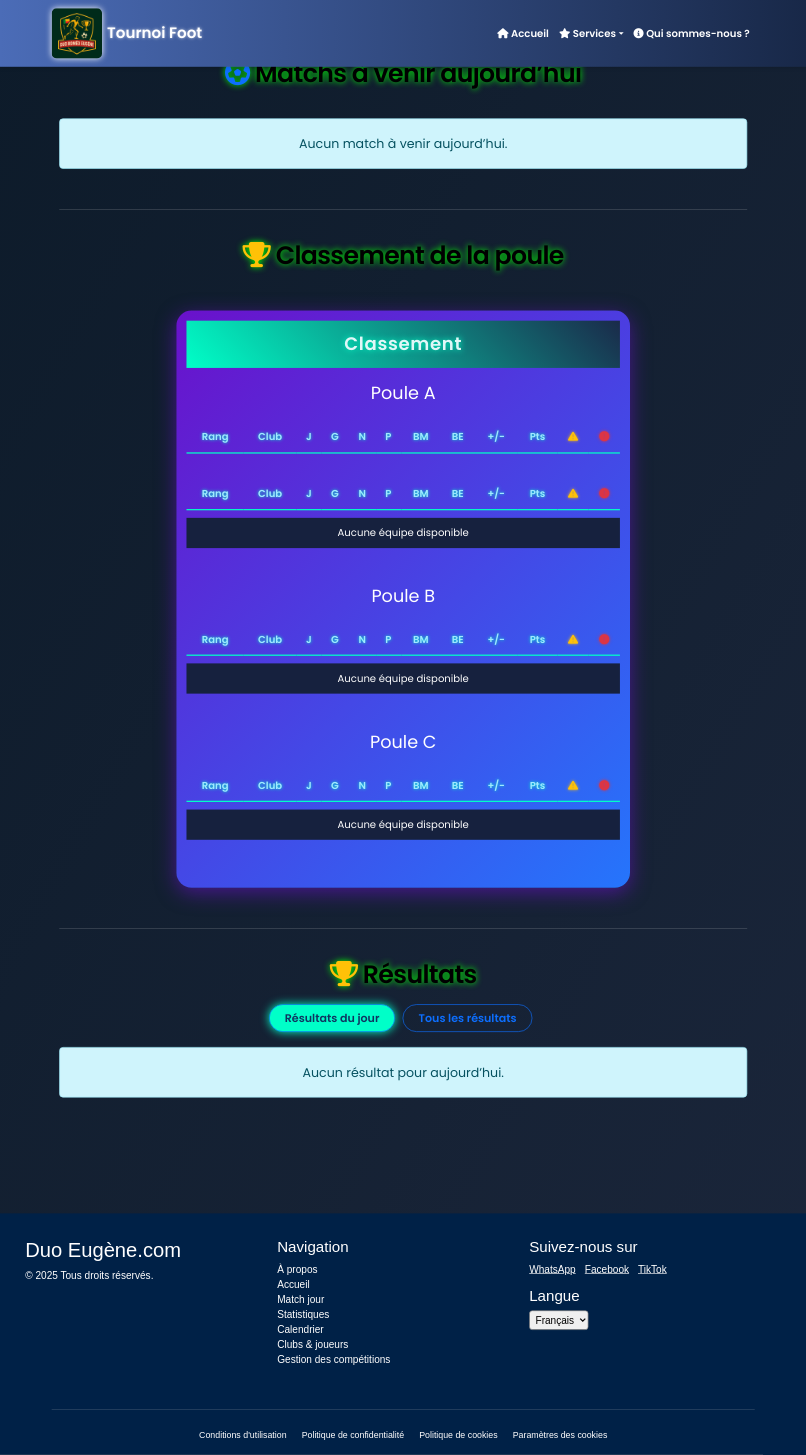
Repository: KILAYOSSI/tournoi_foot
Page: templates/pages/match_du_jour.html.twig
The author's editor kept a copy of each file at every save. The page is drawn from the files as they stood at one save, then again after the next save.
The browser window is 1280 px wide. The pictures show the whole page, at 63% of full size.
The page is a Twig template of a Symfony application; nobody is signed in and links lead nowhere. The template is opened directly, without the code that normally fills it, so the values that code supplies are empty.

Above is the page before, as saved 2025-06-27 03:38:04.

### templates/pages/match_du_jour.html.twig
{% extends 'base.html.twig' %}

{% block title %}Match du Jour{% endblock %}

{% block stylesheets %}
    {{ parent() }}
    <link href="https://cdn.jsdelivr.net/npm/bootstrap@5.3.0/dist/css/bootstrap.min.css" rel="stylesheet" />
    <link href="https://cdnjs.cloudflare.com/ajax/libs/font-awesome/6.4.0/css/all.min.css" rel="stylesheet" />
    <link href="https://fonts.googleapis.com/css?family=Poppins:400,600&display=swap" rel="stylesheet">
    <style>
        body {
            font-family: 'Poppins', 'Roboto', 'Inter', sans-serif;
            background: linear-gradient(120deg, #0d1b2a 0%, #1b263b 100%);
            color: #e0e0e0;
        }
        .section-title {
            font-size: 2.5rem;
            font-weight: 700;
            letter-spacing: -1px;
            margin-top: 20px;
            margin-bottom: 2rem;
            color: #000000;
            text-shadow: 0 0 10px #00ff00;
        }
        .match-card {
            background: linear-gradient(135deg, #16213e, #0f3460);
            border-radius: 1.5rem;
            box-shadow: 0 8px 32px rgba(0,255,255,0.3);
            transition: transform 0.3s ease, box-shadow 0.3s ease;
            padding: 1.5rem 2rem;
            margin-bottom: 2rem;
            position: relative;
            color: #d0f0ff;
        }
        .match-card:hover {
            transform: translateY(-10px) scale(1.05);
            box-shadow: 0 0 20px #0ff, 0 0 40px #0ff;
        }
        .team-logo {
            width: 60px;
            height: 60px;
            object-fit: contain;
            border-radius: 50%;
            background: #0f3460;
            box-shadow: 0 0 10px #0ff;
            transition: transform 0.3s ease;
        }
        .team-logo:hover {
            transform: scale(1.15) rotate(-10deg);
            box-shadow: 0 0 20px #0ff;
        }
        .team-name {
            font-size: 1.3rem;
            font-weight: 700;
            color: #a0e9ff;
            text-shadow: 0 0 5px #0ff;
        }
        .match-time {
            font-size: 1.5rem;
            font-weight: 700;
            color: #00ffc8;
            text-shadow: 0 0 10px #00ffc8;
        }
        .match-stadium {
            font-size: 1rem;
            color: #66fff9;
            margin-top: 0.5rem;
            text-shadow: 0 0 5px #00ffc8;
        }
        .vs-separator {
            font-size: 1.8rem;
            font-weight: 900;
            color: #00ffc8;
            text-shadow: 0 0 15px #00ffc8;
            margin: 0 1rem;
            user-select: none;
        }
        .classement-container {
            margin-top: 4rem;
            margin-bottom: 4rem;
        }
        .classement-card {
            background: linear-gradient(135deg, #6a11cb, #2575fc);
            border-radius: 1.5rem;
            box-shadow: 0 8px 32px rgba(106, 17, 203, 0.6);
            color: #ffffff;
            overflow: hidden;
            transition: box-shadow 0.3s ease;
        }
        .classement-card:hover {
            box-shadow: 0 0 30px #6a11cb;
        }
        .classement-header {
            background: linear-gradient(45deg, #00ffc8, #1a2a4a);
            padding: 1rem 0;
            text-align: center;
            font-weight: 700;
            font-size: 1.8rem;
            color: #e0f7f7;
            letter-spacing: 1px;
            text-shadow: 0 0 10px #00ffc8;
        }
        table.classement-table {
            width: 100%;
            border-collapse: separate;
            border-spacing: 0 0.75rem;
            font-size: 1rem;
        }
        table.classement-table thead th {
            color: #a0e9ff;
            font-weight: 700;
            padding: 0.75rem 0.5rem;
            text-align: center;
            border-bottom: 2px solid #00ffc8;
            text-shadow: 0 0 5px #00ffc8;
        }
        table.classement-table tbody tr {
            background: #16213e;
            border-radius: 0.75rem;
            transition: background-color 0.3s ease, transform 0.3s ease;
            cursor: pointer;
        }
        table.classement-table tbody tr:hover {
            background-color: #00ffc8;
            color: #0f3460;
            transform: scale(1.02);
            box-shadow: 0 0 15px #00ffc8;
        }
        table.classement-table tbody tr.qualifie {
            background-color: #008000 !important;
            color: #ffffff !important;
            font-weight: 700;
        }
        table.classement-table tbody tr.eliminee {
            background-color: #ff0000 !important;
            color: #ffffff !important;
            font-weight: 700;
        }
        table.classement-table tbody tr td {
            padding: 0.75rem 0.5rem;
            text-align: center;
            vertical-align: middle;
            color: inherit;
        }
        table.classement-table tbody tr td.club-cell {
            text-align: left;
            display: flex;
            align-items: center;
            gap: 0.75rem;
        }
        .club-logo {
            width: 36px;
            height: 36px;
            object-fit: contain;
            border-radius: 50%;
            background: #0f3460;
            box-shadow: 0 0 10px #00ffc8;
        }
        .icon-carton-jaune {
            color: #ffc107;
            font-weight: 700;
            text-shadow: 0 0 5px #ffc107;
        }
        .icon-carton-rouge {
            color: #dc3545;
            font-weight: 700;
            text-shadow: 0 0 5px #dc3545;
        }
        .filter-btns .btn {
            font-size: 1.1rem;
            font-weight: 600;
            border-radius: 2rem;
            padding: 0.5rem 1.5rem;
            margin-right: 0.5rem;
            transition: background 0.2s, color 0.2s;
            cursor: pointer;
        }
        .filter-btns .btn.active, .filter-btns .btn:focus {
            background: #00ffc8;
            color: #0f3460;
            box-shadow: 0 0 15px #00ffc8;
        }
        .fade-section {
            opacity: 0;
            pointer-events: none;
            transition: opacity 0.5s;
        }
        .fade-section.show {
            opacity: 1;
            pointer-events: auto;
        }
        .result-card {
            background: #16213e;
            border-radius: 1.5rem;
            box-shadow: 0 8px 32px rgba(0,255,255,0.3);
            color: #d0f0ff;
            padding: 1rem 1.5rem;
            margin-bottom: 1.5rem;
            transition: transform 0.3s ease, box-shadow 0.3s ease;
        }
        .result-card:hover {
            transform: translateY(-8px) scale(1.03);
            box-shadow: 0 0 20px #00ffc8;
        }
        .result-team {
            display: flex;
            align-items: center;
            gap: 0.75rem;
        }
        .result-team .team-logo {
            width: 40px;
            height: 40px;
            border-radius: 50%;
            background: #0f3460;
            box-shadow: 0 0 10px #00ffc8;
            transition: transform 0.3s ease;
        }
        .result-team .team-logo:hover {
            transform: scale(1.15) rotate(-10deg);
            box-shadow: 0 0 20px #00ffc8;
        }
        .result-team-name {
            font-weight: 700;
            font-size: 1.1rem;
            color: #a0e9ff;
            text-shadow: 0 0 5px #00ffc8;
        }
        .result-score {
            font-weight: 900;
            font-size: 1.5rem;
            color: #00ffc8;
            text-shadow: 0 0 10px #00ffc8;
            margin: 0 1rem;
            user-select: none;
        }
        .result-info {
            font-size: 0.9rem;
            color: #66fff9;
            text-shadow: 0 0 5px #00ffc8;
            margin-top: 0.5rem;
        }
        @keyframes fadeInUp {
            0% {
                opacity: 0;
                transform: translateY(20px);
            }
            100% {
                opacity: 1;
                transform: translateY(0);
            }
        }
        .fade-in-up {
            animation: fadeInUp 0.6s ease forwards;
        }
    </style>
{% endblock %}

{% block body %}
<div class="container py-5">
    <h1 class="section-title text-center mb-5"><i class="fa-solid fa-futbol text-primary"></i> Matchs à venir aujourd’hui</h1>
    <div class="row g-4 justify-content-center">
        {% if matchsDuJour is not empty %}
            {% for match in matchsDuJour %}
                <div class="col-12 col-md-10 col-lg-8">
                    <div class="match-card d-flex flex-column flex-md-row align-items-center justify-content-between">
                        <div class="d-flex align-items-center mb-3 mb-md-0">
                            <img src="{{ asset('images/teams/' ~ match.club1.logo) }}" alt="{{ match.club1.nom }}" class="team-logo me-3 shadow-sm" />
                            <span class="team-name">{{ match.club1.nom }}</span>
                        </div>
                        <div class="text-center mx-3">
                            <div class="match-time mb-1"><i class="fa-regular fa-clock"></i> {{ match.date|date('H:i') }}</div>
                            {% if match.stade is defined and match.stade %}
                                <div class="match-stadium"><i class="fa-solid fa-location-dot"></i> {{ match.stade }}</div>
                            {% endif %}
                        </div>
                        <div class="d-flex align-items-center mt-3 mt-md-0">
                        <span class="team-name me-3">{{ match.club2.nom }}</span>
                        <img src="{{ asset('images/teams/' ~ match.club2.logo) }}" alt="{{ match.club2.nom }}" class="team-logo ms-2 shadow-sm" />
                        </div>
                    </div>
                </div>
            {% endfor %}
        {% else %}
            <div class="col-12 text-center">
                <div class="alert alert-info py-4 fs-5">Aucun match à venir aujourd’hui.</div>
            </div>
        {% endif %}
    </div>

    <hr class="my-5">

    <h2 class="section-title text-center mb-4"><i class="fa-solid fa-trophy text-warning"></i> Classement de la poule</h2>
    <div class="classement-container">
        <div class="row justify-content-center">
            <div class="col-12 col-md-10 col-lg-8">
                <div class="classement-card p-3">
                    <div class="classement-header">Classement</div>
                    <table class="classement-table mt-3">
                        <thead>
                            <tr>
                                <th>Rang</th>
                                <th>Club</th>
                                <th>J</th>
                                <th>G</th>
                                <th>N</th>
                                <th>P</th>
                                <th>BM</th>
                                <th>BE</th>
                                <th>+/-</th>
                                <th>Pts</th>
                                <th><i class="fa-solid fa-triangle-exclamation icon-carton-jaune" title="Cartons jaunes"></i></th>
                                <th><i class="fa-solid fa-circle-exclamation icon-carton-rouge" title="Cartons rouges"></i></th>
                            </tr>
                        </thead>
                        <tbody>
                            {% set allPoules = ['Poule A', 'Poule B', 'Poule C'] %}
                            {% for pouleNom in allPoules %}
                                <h3 class="text-center mt-4 mb-3">Poule {{ pouleNom|replace({'Poule ': ''}) }}</h3>
                                <table class="classement-table mt-3 mb-5">
                                    <thead>
                                        <tr>
                                            <th>Rang</th>
                                            <th>Club</th>
                                            <th>J</th>
                                            <th>G</th>
                                            <th>N</th>
                                            <th>P</th>
                                            <th>BM</th>
                                            <th>BE</th>
                                            <th>+/-</th>
                                            <th>Pts</th>
                                            <th><i class="fa-solid fa-triangle-exclamation icon-carton-jaune" title="Cartons jaunes"></i></th>
                                            <th><i class="fa-solid fa-circle-exclamation icon-carton-rouge" title="Cartons rouges"></i></th>
                                        </tr>
                                    </thead>
                                    <tbody>
                                        {% set equipes = poules[pouleNom]|default([]) %}
                                        {% if equipes|length == 0 %}
                                            <tr>
                                                <td colspan="12" class="text-center">Aucune équipe disponible</td>
                                            </tr>
                                        {% else %}
                                            {% for equipe in equipes %}
                                                {% set classes = [] %}
                                                {% if equipe.rang <= 2 %}
                                                    {% set classes = classes|merge(['qualifie']) %}
                                                {% elseif equipe.rang > (equipes|length - 2) %}
                                                    {% set classes = classes|merge(['eliminee']) %}
                                                {% endif %}
                                                <tr class="{{ classes|join(' ') }}">
                                                    <td>{{ equipe.rang }}</td>
                                                    <td class="club-cell">
                                                        {% if equipe.club.logo %}
                                                            <img src="{{ asset('images/teams/' ~ equipe.club.logo) }}" alt="{{ equipe.club.nom }}" class="club-logo" />
                                                        {% endif %}
                                                        {{ equipe.club.nom }}
                                                    </td>
                                                    <td>{{ equipe.matchsjouer }}</td>
                                                    <td>{{ equipe.gagnes }}</td>
                                                    <td>{{ equipe.nuls }}</td>
                                                    <td>{{ equipe.perdus }}</td>
                                                    <td>{{ equipe.butsPour }}</td>
                                                    <td>{{ equipe.butscontre }}</td>
                                                    <td>{{ equipe.goalaverage }}</td>
                                                    <td>{{ equipe.points }}</td>
                                                    <td><i class="fa-solid fa-triangle-exclamation icon-carton-jaune"></i> {{ equipe.cartonsJaunes }}</td>
                                                    <td><i class="fa-solid fa-circle-exclamation icon-carton-rouge"></i> {{ equipe.cartonsRouges }}</td>
                                                </tr>
                                            {% endfor %}
                                        {% endif %}
                                    </tbody>
                                </table>
                            {% endfor %}
                        </tbody>
                    </table>
                </div>
            </div>
        </div>
    </div>

    <hr class="my-5">

    <h2 class="section-title text-center mb-4"><i class="fa-solid fa-trophy text-warning"></i> Résultats</h2>
    <div class="filter-btns text-center mb-4">
        <button id="btn-jour" class="btn btn-outline-primary active">Résultats du jour</button>
        <button id="btn-tous" class="btn btn-outline-primary">Tous les résultats</button>
    </div>

    <div id="resultats-jour" class="fade-section show">
        <div class="row g-4 justify-content-center">
            {% set hasResult = false %}
            {% for rencontre in matchsResultats %}
                {% if rencontre.dateHeure|date('Y-m-d') == "now"|date('Y-m-d') %}
                    {% set hasResult = true %}
                    <div class="col-12 col-md-10 col-lg-8">
                        <div class="match-card d-flex flex-column flex-md-row align-items-center justify-content-between bg-light">
                            <div class="d-flex align-items-center mb-3 mb-md-0">
                                <img src="{{ asset('images/teams/' ~ rencontre.club1.logo) }}" alt="{{ rencontre.club1.nom }}" class="team-logo me-3" />
                                <span class="team-name">{{ rencontre.club1.nom }}</span>
                            </div>
                            <div class="score text-center mx-3 number-font">
                                {{ rencontre.scoreclub1 }} <span class="text-muted">-</span> {{ rencontre.scoreclub2 }}
                            </div>
                            <div class="d-flex align-items-center mt-3 mt-md-0">
                                <span class="team-name me-3">{{ rencontre.club2.nom }}</span>
                                <img src="{{ asset('images/teams/' ~ rencontre.club2.logo) }}" alt="{{ rencontre.club2.nom }}" class="team-logo ms-2" />
                            </div>
                        </div>
                    </div>
                {% endif %}
            {% endfor %}
            {% if not hasResult %}
                <div class="col-12 text-center">
                    <div class="alert alert-info py-4 fs-5">Aucun résultat pour aujourd’hui.</div>
                </div>
            {% endif %}
        </div>
    </div>

    <div id="resultats-tous" class="fade-section">
        <div class="row g-4 justify-content-center">
            {% if matchsResultats is not empty %}
                {% for rencontre in matchsResultats %}
                    <div class="col-12 col-md-10 col-lg-8">
                        <div class="match-card d-flex flex-column flex-md-row align-items-center justify-content-between bg-light">
                            <div class="d-flex align-items-center mb-3 mb-md-0">
                                <img src="{{ asset('images/teams/' ~ rencontre.club1.logo) }}" alt="{{ rencontre.club1.nom }}" class="team-logo me-3" />
                                <span class="team-name">{{ rencontre.club1.nom }}</span>
                            </div>
                            <div class="score text-center mx-3">
                                {{ rencontre.scoreclub1 }} <span class="text-muted">-</span> {{ rencontre.scoreclub2 }}
                            </div>
                            <div class="d-flex align-items-center mt-3 mt-md-0">
                                <span class="team-name me-3">{{ rencontre.club2.nom }}</span>
                                <img src="{{ asset('images/teams/' ~ rencontre.club2.logo) }}" alt="{{ rencontre.club2.nom }}" class="team-logo ms-2" />
                            </div>
                        </div>
                    </div>
                {% endfor %}
            {% else %}
                <div class="col-12 text-center">
                    <div class="alert alert-info py-4 fs-5">Aucun résultat disponible.</div>
                </div>
            {% endif %}
        </div>
    </div>

    <script>
        document.getElementById('btn-jour').addEventListener('click', function() {
            document.getElementById('resultats-jour').classList.add('show');
            document.getElementById('resultats-tous').classList.remove('show');
            this.classList.add('active');
            document.getElementById('btn-tous').classList.remove('active');
        });
        document.getElementById('btn-tous').addEventListener('click', function() {
            document.getElementById('resultats-tous').classList.add('show');
            document.getElementById('resultats-jour').classList.remove('show');
            this.classList.add('active');
            document.getElementById('btn-jour').classList.remove('active');
        });
    </script>
</div>
{% endblock %}

### public/css/style.css
/* Style CSS with hover effect green, enlarged statistics title and numbers */

.navbar-nav .nav-link.dropdown-toggle.fs-4.fw-bold.text-danger {
    color: #28a745 !important; /* green color */
}

.navbar-nav .dropdown-menu {
    border: 2px solid #28a745 !important; /* green border */
}

.navbar-nav .nav-link.statistiques-link {
    font-size: 1.2rem;
    font-weight: bold;
    color: #28a745 !important;
}

.cartons-table tbody tr:hover {
    transform: translateY(-5px);
    background-color: #d4edda; /* light green background on hover */
}

h1.text-center.mb-4.fw-bold {
    font-size: 2.5rem !important; /* enlarged title */
    color: #28a745 !important;
}

/* Additional styling for footer */
footer.bg-dark.text-white.text-center.py-5 {
    font-size: 1.1rem;
}

/* Add any other styles you remember from your modifications here */

### public/css/custom_home.css
.custom-margin {
    margin-right: 20px !important;
    float: left !important;
}

.margin-right-only {
    margin-right: 20px !important;
}

/* Styles pour le ticker d'informations défilantes */
.ticker-container {
    width: 100%;
    overflow: hidden;
    background-color: transparent;
    border-top: 1px solid #000;
    border-bottom: 1px solid #000;
    padding: 10px 0;
    box-sizing: border-box;
    position: relative;
    height: 30px;
}

.ticker-text {
    display: inline-block;
    white-space: nowrap;
    color: black;
    font-size: 1rem;
    position: absolute;
    will-change: transform;
    animation: ticker-scroll 15s linear infinite;
}

@keyframes ticker-scroll {
    0% {
        transform: translateX(100%);
    }
    100% {
        transform: translateX(-100%);
    }
}

/* Ajout d'un effet de surbrillance vert gazon sur les éléments du menu navbar */
.navbar-nav .nav-link {
  position: relative;
  transition: background-color 0.3s ease;
}

.navbar-nav .nav-link:hover,
.navbar-nav .nav-link:focus {
  background-color: #4CAF50 !important; /* Couleur vert gazon */
  border-radius: 0.25rem;
  color: white !important;
  z-index: 10;
}

.dropdown-menu .dropdown-item:hover,
.dropdown-menu .dropdown-item:focus {
  background-color: #4CAF50 !important; /* Couleur vert gazon */
  color: white !important;
  cursor: pointer;
  border-radius: 0.25rem;
}

.navbar-nav .nav-link .nav-highlight {
  position: absolute;
  bottom: 0;
  left: 0;
  height: 3px;
  width: 100%;
  background-color: #4CAF50 !important; /* Couleur vert gazon */
  border-radius: 2px 2px 0 0;
  opacity: 0;
  transition: opacity 0.3s ease;
}

.navbar-nav .nav-link:hover .nav-highlight,
.navbar-nav .nav-link:focus .nav-highlight {
  opacity: 1;
}

Loaded but not shown: templates/base.html.twig (78 lines, source omitted); templates/includes/footer.html.twig (50 lines, source omitted)

After the next save:
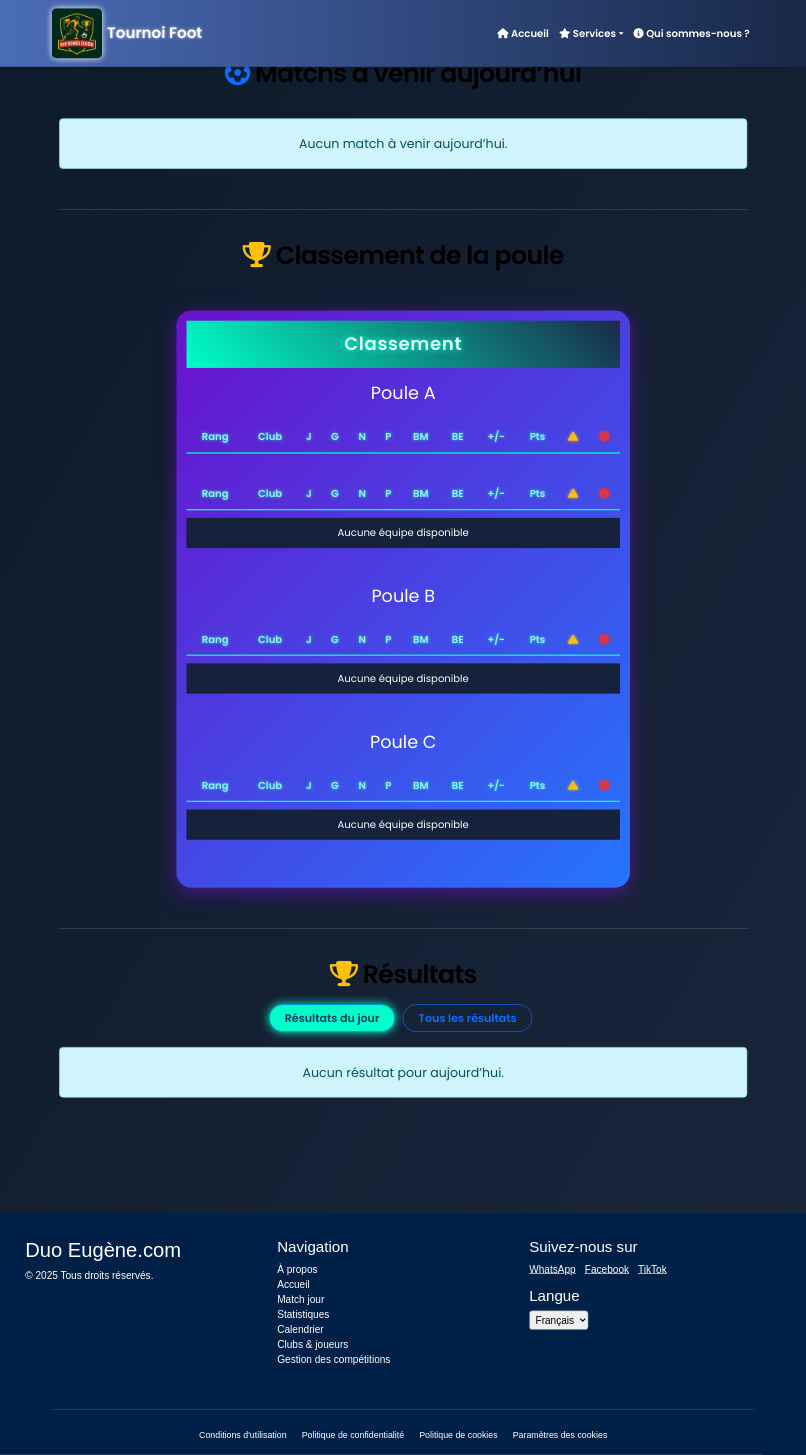
Saved 94 s later.
--- a/templates/pages/match_du_jour.html.twig
+++ b/templates/pages/match_du_jour.html.twig
@@ -20,7 +20,7 @@
             margin-top: 20px;
             margin-bottom: 2rem;
             color: #000000;
-            text-shadow: 0 0 10px #00ff00;
+            text-shadow: none;
         }
         .match-card {
             background: linear-gradient(135deg, #16213e, #0f3460);
